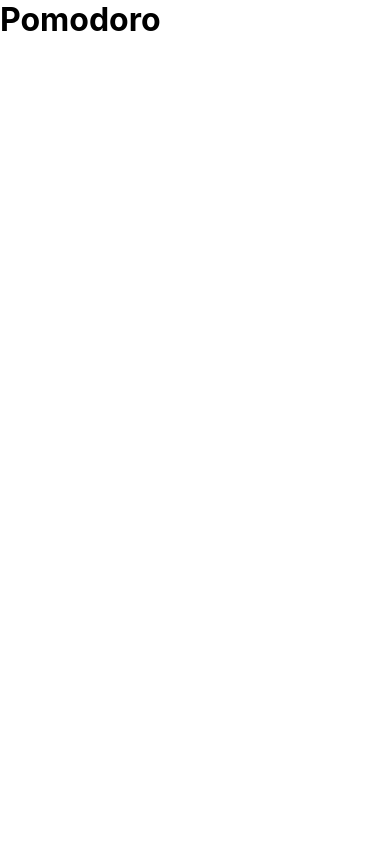
Repository: rchavarria77/pomodoro-app
Screen: /
The author's editor kept a copy of each file at every save. The screen is drawn from the files as they stood at one save, then again after the next save.
The app was drawn by React Native's web renderer in a window 390 px wide. The project was rebuilt for these pictures with package versions that can differ from the ones it lists, and the page was loaded fresh each time.

Above is the screen before, as saved 2024-02-01 00:30:39.

### App.js
import { StatusBar } from 'expo-status-bar';
import { SafeAreaView, StyleSheet, Text, View } from 'react-native';

export default function App() {
  return (
    <SafeAreaView style={styles.container}>
      <View>
        <Text style={styles.text}>Pomodoro</Text>
        <StatusBar style='auto' />
      </View>
    </SafeAreaView>
  );
}

const styles = StyleSheet.create({
  container: {
    flex: 1,
  },
  text: { fontSize: 32, fontWeight: 'bold' },
});

After the next save:
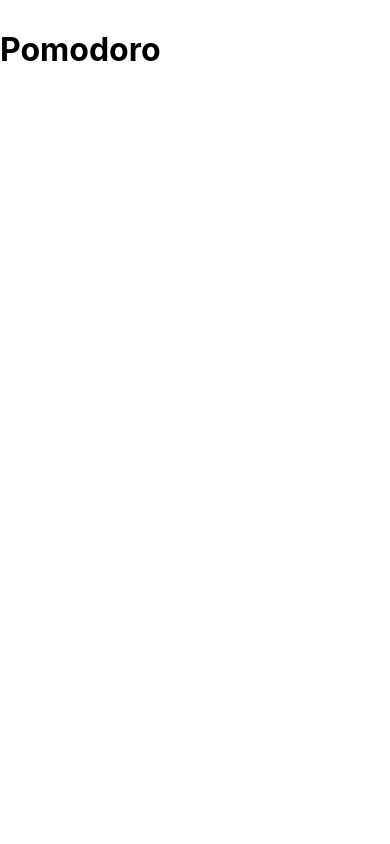
Saved 26 s later.
--- a/App.js
+++ b/App.js
@@ -4,7 +4,7 @@
 export default function App() {
   return (
     <SafeAreaView style={styles.container}>
-      <View>
+      <View style={{ paddingTop: 30 }}>
         <Text style={styles.text}>Pomodoro</Text>
         <StatusBar style='auto' />
       </View>

After the save that followed:
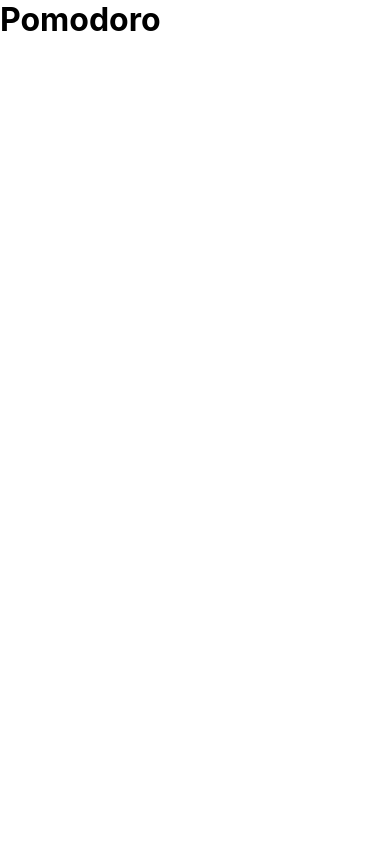
Saved 22 s later.
--- a/App.js
+++ b/App.js
@@ -1,10 +1,10 @@
 import { StatusBar } from 'expo-status-bar';
-import { SafeAreaView, StyleSheet, Text, View } from 'react-native';
+import { Platform, SafeAreaView, StyleSheet, Text, View } from 'react-native';
 
 export default function App() {
   return (
     <SafeAreaView style={styles.container}>
-      <View style={{ paddingTop: 30 }}>
+      <View style={{ paddingTop: Platform.OS === 'android' && 30 }}>
         <Text style={styles.text}>Pomodoro</Text>
         <StatusBar style='auto' />
       </View>
